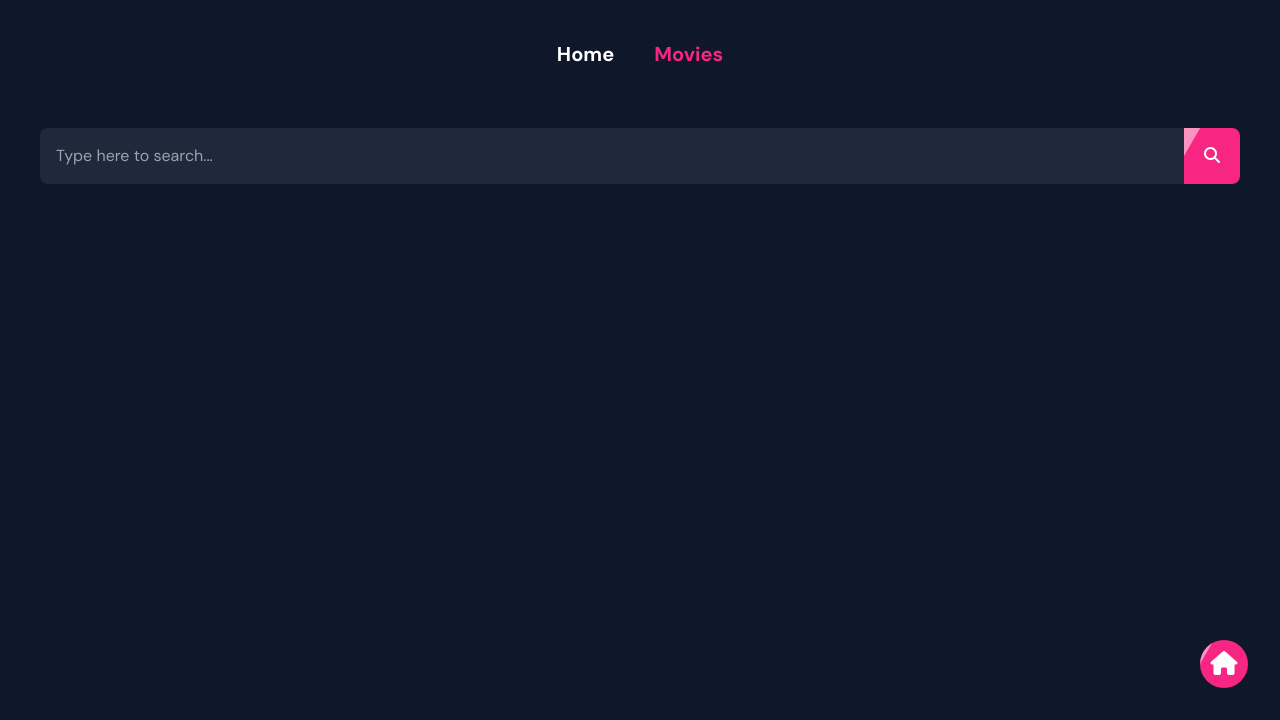
Repository: Linhyum/react-simple-movie
Page: /movies
An editor plug-in stored every save of this project. The page is shown before and after the next save, followed by the edit.
The browser window is 1280 px wide. The pictures show the whole page.
The page's requests for data from a server got no answer. The project was rebuilt for these pictures with package versions that can differ from the ones it lists, and the page was loaded fresh each time. No one was signed in, and anything a server would have sent is missing. Also part of the build but not shown: src/components/button/Button.js, src/components/movie/MovieCard.js.

Above is the page before, as saved 2023-04-02 17:24:10.

After the next save:
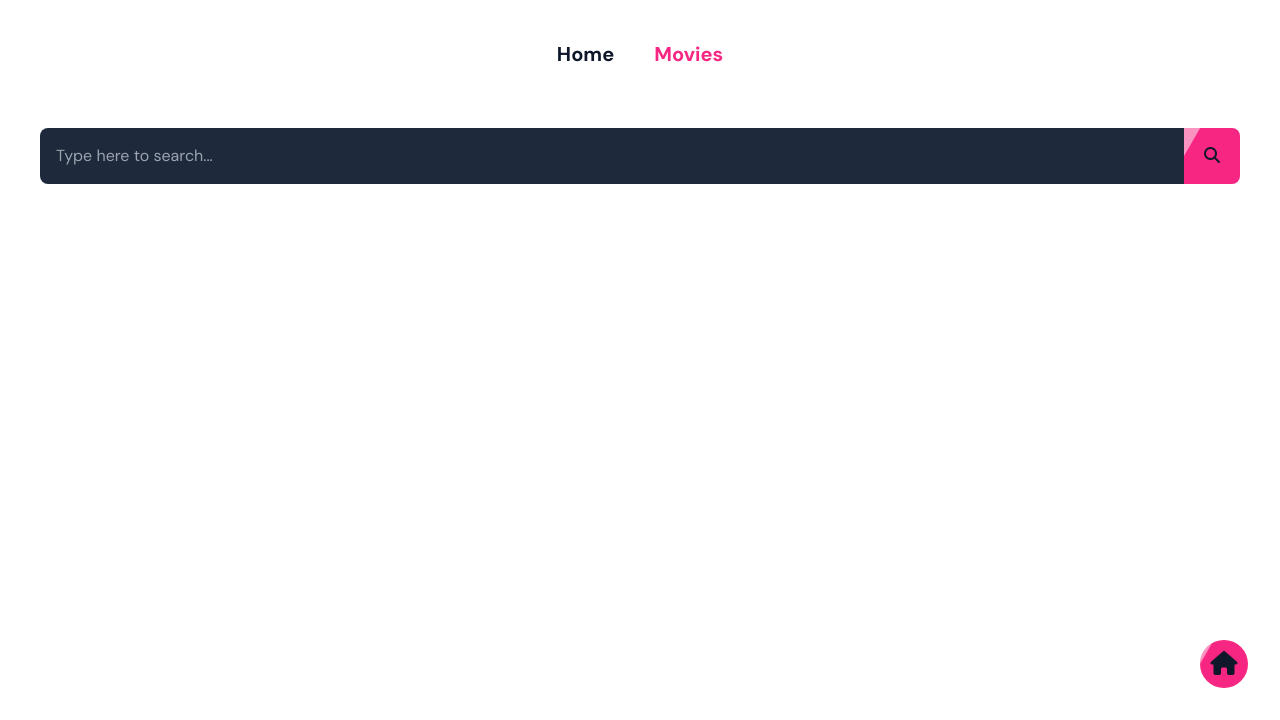
Saved 39 s later.
--- a/src/index.scss
+++ b/src/index.scss
@@ -5,7 +5,7 @@
 
 @layer base {
     body {
-        @apply bg-slate-900 font-body px-5 text-white;
+        @apply bg-white font-body px-5 text-slate-900;
     }
 
     .pagination {
